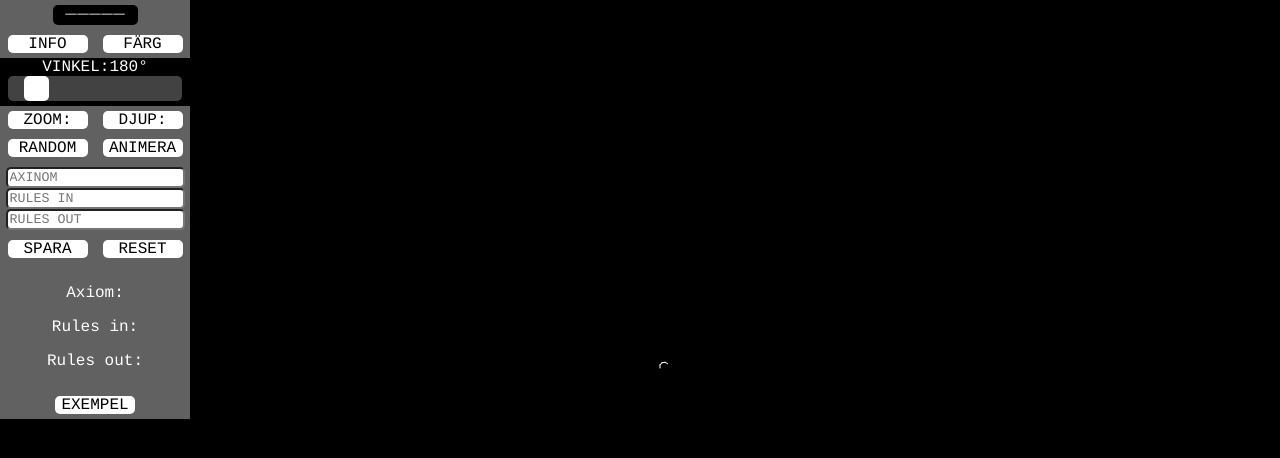
Repository: Gabrielw123/Fraktalgenerator
Page: fraktaler/test/index.html
An editor plug-in stored every save of this project. The page is shown before and after the next save, followed by the edit.
The browser window is 1280 px wide. The pictures show the whole page.
Some web libraries are served in a nearby version.

Above is the page before, as saved 2022-01-13 09:49:17.

### fraktaler/test/index.html
<!DOCTYPE html>
<html lang="en">
  <head>
    <meta charset="UTF-8" />
    <meta http-equiv="X-UA-Compatible" content="IE=edge" />
    <meta name="viewport" content="width=device-width, initial-scale=1.0" />
    <link rel="stylesheet" href="style.css" />
    <title>Fraktal Generator</title>
    <script src="https://cdn.jsdelivr.net/npm/p5@1.0.0/lib/p5.js"></script>
    <!--fading-->
    <script src="http://ajax.googleapis.com/ajax/libs/jquery/1.7.1/jquery.min.js" type="text/javascript"></script>
  </head>
  <body>
    <!--Skapa en canvas-->
    <canvas id="canvas"></canvas>
    <div class="menu">
      <div class="kontroller">
        <div onmousedown="return false" onselectstart="return false" class="grid-container1">
          <div class="grid-item">
            <a class="knappgöm" id="gömknapp" onClick="action();">⏤⏤⏤⏤⏤</a>
          </div>
        </div>
        <div onmousedown="return false" onselectstart="return false" class="grid-container" id="göm1">
          <div class="grid-item">
            <a class="knapp" id="infoknapp">INFO</a>
          </div>
          <div class="grid-item">
            <a class="knapp" id="colorknapp" onclick="color();">FÄRG</a>
          </div>
      </div>
      <!--slider vinkel-->
      <div class="slider-container" id="göm2">
        <a onmousedown="return false" onselectstart="return false" >VINKEL:<span id="vinkel-out"></span>&deg;</a>
        <input type="range" min="0" max="360" class="slider" id="vinkel" />
      </div>

      <div onmousedown="return false" onselectstart="return false" class="grid-container"id="göm3">
        <div class="grid-item">
          <a class="knapp" id="längdknapp"
            >ZOOM:<span id="segment_n"></span
          ></a>
        </div>
        <div class="grid-item">
          <a class="knapp" id="djupknapp">DJUP:<span id="generation-out"></span></a>
        </div>

        <div class="grid-item">
          <a class="knapp" id="randomknapp" onclick="random();">RANDOM</a>
        </div>
        <div class="grid-item">
          <a class="knapp" id="animeraknapp" onclick="animera();">ANIMERA</a>
        </div>
      </div>

      <div class="grid-container1"id="göm4">
        <div class="grid-item">
          <input style="font-family:courier" class="input" type="text" placeholder="AXINOM" id="axiom" />
          <input style="font-family:courier" class="input" type="text" placeholder="RULES IN" id="rules1" />
          <input style="font-family:courier" class="input" type="text" placeholder="RULES OUT" id="rules2" />
        </div>

      </div>
      <div onmousedown="return false" onselectstart="return false" class="grid-container"id="göm5">
        <div class="grid-item">
          <a class="knapp" id="btn">SPARA</a>
        </div>
        <div class="grid-item">
          <a class="knapp" id="resetknapp" onclick="reset();">RESET</a>
        </div>

      </div>
      <div class="grid-container1"id="göm6">

        <div class="grid-item">
          <p>Axiom:<span id="axiom-out"></span></p>
          <p>Rules in:<span id="rules1-out"></span></p>
          <p>Rules out:<span id="rules2-out"></span></p>
          <p></p>
        </div>
        <div class="grid-item">
          <a onmousedown="return false" onselectstart="return false" class="knapp" id="exempelknapp" onclick="example();">EXEMPEL</a>
        </div>
      </div>

      <!--EXEMPEL-->

      <div onmousedown="return false" onselectstart="return false"  class="grid-container"id="göm7">
        <div class="grid-item">
          <a class="knappex" id="Board">Board</a>
        </div>
        <div class="grid-item">
          <a class="knappex" id="Crystal">Crystal</a>
        </div>
        <div class="grid-item">
          <a class="knappex" id="Dragon Curve">Dragon Curve</a>
        </div>
        <div class="grid-item">
          <a class="knappex" id="Hexagonal Gosper">Hexagonal Gosper</a>
        </div>
        <div class="grid-item">
          <a class="knappex" id="Kochcurve" >Koch curve</a>
        </div>
        <div class="grid-item">
          <a class="knappex" id="Krishna Anklets">Krishna Anklets</a>
        </div>
        <div class="grid-item">
          <a class="knappex" id="Lévy curve" >Lévy curve</a>
        </div>
        <div class="grid-item">
          <a class="knappex" id="L-System Bushes 1" >L-System Bushes 1</a>
        </div>
        <div class="grid-item">
          <a class="knappex" id="L-System Bushes 2">L-System Bushes 2</a>
        </div>
        <div class="grid-item">
          <a class="knappex" id="Peano Curve">Peano Curve</a>
        </div>
        <div class="grid-item">
          <a class="knappex" id="Quadratic Snowflake">Quadratic Snowflake
          </a>
        </div>
        <div class="grid-item">
          <a class="knappex" id="Rings" >Rings</a>
        </div>
        <div class="grid-item">
          <a class="knappex" id="Sierpinski Arrowhead">Sierpinski Arrowhead</a>
        </div>
        <div class="grid-item">
          <a class="knappex" id="Sierpinskisquare">Sierpinski Square</a>
        </div>
        <div class="grid-item">
          <a class="knappex" id="Snowflake">Snowflake</a>
        </div>
        <div class="grid-item">
          <a class="knappex" id="Tiles" >Tiles</a>
        </div>
        <div class="grid-item">
          <a class="knappex" id="Triangle">Triangle</a>
        </div>
        <div class="grid-item">
          <a class="knappex" id="Von Koch Snowflake" >Von Koch Snowflake</a>
        </div>
    </div>
  </div>
    <!--Script-->
    <script src="bruh.js">example();
      fraktal.update();
    </script>
  </body>
</html>

### fraktaler/test/style.css
body {
  font-family: "courier", monospace;
  background-color: black;
  color: white;
  text-align: center;
}

.menu {
  background: rgba(97, 97, 97, 0);
  width: 190px;
  height: 100%;
  margin: auto;
  border-radius: 10px;
  position: fixed;
  top: 0%;
  left: 0%;
  right: 100%;
}
.input {
  width: 90%;
  border-radius: 5px;
}
#color {
  color: red;
}
.kontroller {
  background: rgba(97, 97, 97, 0);
  width: 190px;
  height: 180px;
  margin: auto;
  border-radius: 10px;
  position: fixed;
  top: 0%;
  left: 0%;
  right: 100%;
}
.grid-container {
  background: rgba(97, 97, 97, 1);
  display: grid;
  grid-template-columns: auto auto;
}
.grid-item {
  text-align: center;
  margin: auto;
  padding-top: 5px;
  padding-bottom: 5px;
}
.grid-container1 {
  background: rgba(97, 97, 97, 1);
  display: grid;
  grid-template-columns: auto;
}
.grid-item1 {
  text-align: center;
  margin: auto;
  padding-top: 5px;
  padding-bottom: 5px;
  width: 300px;
}
#axiom-out {
  text-align: left;
}
.slider-container {
  display: grid;
  grid-template-columns: auto;
  width: 92%;
  margin: auto;
  padding-bottom: 5px;
}
.slider {
  -webkit-appearance: none;
  width: 100%;
  height: 25px;
  background: #424242;
  outline: none;
  margin: auto;
  -webkit-transition: 0.2s;
  transition: opacity 0.2s;
  border-radius: 5px;
}

.slider:hover {
  background: #262626;
}

.slider::-webkit-slider-thumb {
  -webkit-appearance: none;
  appearance: none;
  width: 25px;
  height: 25px;
  background: #ffffff;
  cursor: pointer;
  border-radius: 5px;
}

.slider::-moz-range-thumb {
  width: 25px;
  height: 25px;
  background: #04aa6d;
  cursor: pointer;
}

a.knapp {
  display: block;
  background: white;
  color: black;
  width: 80px;
  cursor: pointer;
  border-radius: 5px;
}
a.knapp:hover {
  background: #424242;
  border-radius: 5px;
}

#canvas {
  position: fixed;
  top: 0px;
  left: 0px;
  z-index: -1;
}

a.knappon {
  display: block;
  width: 80px;
  background: #444444;
  color: #ffffff;
  cursor: pointer;
  border-radius: 5px;
}
a.knappex {
  display: block;
  background: white;
  color: black;
  width: 85px;
  cursor: pointer;
  font-size: 15px;
  height: 35px;
  border-radius: 5px;
  text-align: auto;
}
a.knappex:hover {
  background: #424242;
  border-radius: 5px;
}
.span {
  width: 500px;
}
.knappgöm {
  display: block;
  background: black;
  color: white;
  width: 85px;
  height: 20px;
  cursor: pointer;
  font-size: 15px;
  border-radius: 5px;
}
a.knappgöm:hover {
  background: #424242;
  border-radius: 5px;
}

### fraktaler/test/bruh.js
/*

Den här fraktal generatorn använder sig av Lindenmayer systemet (https://en.wikipedia.org/wiki/L-system)

Källor för lite info
https://codesandbox.io/s/fraktal-generator-forked-g76j8?file=/sketch.js
https://en.wikipedia.org/wiki/L-system#Types_of_L-systems
http://paulbourke.net/fractals/lsys/
https://www.sidefx.com/docs/houdini/nodes/sop/lsystem.html
http://www1.biologie.uni-hamburg.de/b-online/e28_3/lsys.html
https://www.kevs3d.co.uk/dev/lsystems/
https://piratefsh.github.io/p5js-art/public/lsystems/

*/

//INFO button
fetch("README.txt")
  .then((response) => response.text())
  .then((text) => console.log(text));

var info = document.getElementById("infoknapp");
info.onclick = function () {
  confirm("to");
};

//hur snabbt den animerar
var animatespeed = 100;

//lite variablar
let genButton;
let resButton;
let guiText;
color_n = 0;
let generation = 0;
let maxGeneration = 5;
let length;
let angle;
//första load
let axiom = "F+F+F+F";
let rules = [
  {
    in: "F",
    out: "F+F-F-FF+F+F-F",
  },
];

//save button för egna input på fraktaler
const btn = document.getElementById("btn");

btn.addEventListener("click", function () {
  var axiom2 = document.getElementById("axiom").value;
  var rules1 = document.getElementById("rules1").value;
  var rules2 = document.getElementById("rules2").value;
  confirm(
    "Axiom: " + axiom2 + "\nRules in: " + rules1 + "\nRules out: " + rules2
  );
  axiom = axiom2;
  rules = [
    {
      in: rules1,
      out: rules2,
    },
  ];
});

//animera ikonen på hemsidan
var favicon_images = [
    "bilderhem/tmp-0.gif",
    "bilderhem/tmp-1.gif",
    "bilderhem/tmp-2.gif",
    "bilderhem/tmp-3.gif",
    "bilderhem/tmp-4.gif",
    "bilderhem/tmp-5.gif",
  ],
  image_counter = 0;

setInterval(function () {
  if (document.querySelector("link[rel='icon']") !== null)
    document.querySelector("link[rel='icon']").remove();
  if (document.querySelector("link[rel='shortcut icon']") !== null)
    document.querySelector("link[rel='shortcut icon']").remove();
  document
    .querySelector("head")
    .insertAdjacentHTML(
      "beforeend",
      '<link rel="icon" href="' +
        favicon_images[image_counter] +
        '" type="image/gif">'
    );
  if (image_counter == favicon_images.length - 1) image_counter = 0;
  else image_counter++;
}, 200);

//göm UI
var hidden = false;
function action() {
  hidden = !hidden;
  if (hidden) {
    document.getElementById("göm1").style.visibility = "hidden";
    document.getElementById("göm2").style.visibility = "hidden";
    document.getElementById("göm3").style.visibility = "hidden";
    document.getElementById("göm4").style.visibility = "hidden";
    document.getElementById("göm5").style.visibility = "hidden";
    document.getElementById("göm6").style.visibility = "hidden";
    if (document.getElementById("göm7").style.visibility === "visible") {
      document.getElementById("göm7").style.visibility = "hidden";
    }
  } else {
    document.getElementById("göm1").style.visibility = "visible";
    document.getElementById("göm2").style.visibility = "visible";
    document.getElementById("göm3").style.visibility = "visible";
    document.getElementById("göm4").style.visibility = "visible";
    document.getElementById("göm5").style.visibility = "visible";
    document.getElementById("göm6").style.visibility = "visible";
    document.getElementById("göm7").style.visibility = "visible";
  }
}
//göm från början
document.getElementById("göm7").style.visibility = "hidden";
var hidden1 = true;
function example() {
  hidden1 = !hidden1;
  if (hidden1) {
    document.getElementById("göm7").style.visibility = "hidden";
  } else {
    document.getElementById("göm7").style.visibility = "visible";
  }
}

let sentence = axiom;

//start funktion
function setup() {
  createCanvas(windowWidth - 40, windowHeight - 25);
  angle = radians(vinkel.value);
  length = segment_n * 3;
  turtle();
  drawGUI();
}

//color problem
var r = 255,
  g = 0,
  b = 0;

setInterval(function () {
  if (r > 0 && b == 0) {
    r--;
    g++;
  }
  if (g > 0 && r == 0) {
    g--;
    b++;
  }
  if (b > 0 && g == 0) {
    r++;
    b--;
  }
  $("#color").text("rgb(" + r + "," + g + "," + b + ")");
  $("#color").css("color", "rgb(" + r + "," + g + "," + b + ")");
  turtle();
  console.log("df");
}, 10);

function generate() {
  length = segment_n * 3;

  let nextSentence = "";

  for (let i = 0; i < sentence.length; i++) {
    let found = false;
    let currentChar = sentence.charAt(i);

    for (let j = 0; j < rules.length; j++) {
      if (currentChar === rules[j].in) {
        found = true;
        nextSentence += rules[j].out;
        break;
      }
    }
    if (!found) {
      nextSentence += currentChar;
    }
  }
  sentence = nextSentence;
  turtle();
}
function turtle() {
  resetMatrix();
  background(0);
  //color
  if (color_n === 0) {
    stroke(255); //white
  }
  if (color_n === 1) {
    stroke(0, 0, 255); //blue
  }
  if (color_n === 2) {
    stroke(0, 128, 0); //green
  }
  if (color_n === 3) {
    stroke(255, 0, 0); //red
  }
  if (color_n === 4) {
    stroke(255, 165, 0); //orange
  }
  if (color_n === 5) {
    stroke(r, g, b); //rgb flera färger
  }
  translate(window.innerWidth / 2, window.innerHeight / 2);

  for (let i = 0; i <= sentence.length; i++) {
    let currentChar = sentence.charAt(i);

    if (currentChar === "F") {
      line(0, 0, 0, -length);
      translate(0, -length);
    } else if (currentChar === "+") {
      rotate(angle);
    } else if (currentChar === "-") {
      rotate(-angle);
    } else if (currentChar === "[") {
      push();
    } else if (currentChar === "]") {
      pop();
    }
  }
}

var djupknapp = document.getElementById("djupknapp");
djupknapp.onclick = function () {
  if (generation < maxGeneration) {
    generate();
  }
  generation++;
  if (generation > 5) {
    generation = 1;
    sentence = axiom;
    generate();
  }
  var generationout = document.getElementById("generation-out");
  generationout.innerHTML = generation;
  var axiomout = document.getElementById("axiom-out");
  axiomout.innerHTML = axiom;
  var rules1out = document.getElementById("rules1-out");
  rules1out.innerHTML = rules[0].in;
  var rules2out = document.getElementById("rules2-out");
  rules2out.innerHTML = rules[0].out;
};

//skriver ut värden och saker på skärmer för användaren
function drawGUI() {
  genButton = createButton("DJUP");
  genButton.size(85, 20);
  genButton.position(-200, 260);
  genButton.mousePressed(function () {
    if (generation < maxGeneration) {
      generate();
    }
    generation++;
    if (generation > 5) {
      generation = 1;
      sentence = axiom;
      generate();
    }
    var generationout = document.getElementById("generation-out");
    generationout.innerHTML = generation;
    var axiomout = document.getElementById("axiom-out");
    axiomout.innerHTML = axiom;
    var rules1out = document.getElementById("rules1-out");
    rules1out.innerHTML = rules[0].in;
    var rules2out = document.getElementById("rules2-out");
    rules2out.innerHTML = rules[0].out;
  });
}

//!Exemepel knappar

//Andra rad
animera_n = 0;

var c1 = 0;
var t;
var timer_is_on = 0;

//Random funktion
function getRandomInt(min, max) {
  min = Math.ceil(min);
  max = Math.floor(max);
  return Math.floor(Math.random() * (max - min) + min); //The maximum is exclusive and the minimum is inclusive
}

var fraktal = (function () {
  //js funktion
  const c = document.getElementById("canvas");
  var ctx = c.getContext("2d");

  //får bredden och höjden av hemsidan du har på din enhet
  c.width = window.innerWidth;
  c.height = window.innerHeight;
  ctx.strokeStyle = "black";
  ctx.lineWidth = 2;

  //!SLIDERS
  var vinkel = document.getElementById("vinkel");
  var vinkelout = document.getElementById("vinkel-out");
  vinkelout.innerHTML = vinkel.value;

  //gör saker med vinkel
  vinkel.oninput = function () {
    vinkelout.innerHTML = this.value;
    update();
  };

  //SEGMENT
  var segment = document.getElementById("längdknapp");
  segment.onclick = function () {
    segment_n++;
    if (segment_n === 6) {
      segment_n = 1;
    }
    document.getElementById("segment_n").innerHTML = segment_n;
    update();
  };
  //!RESET
  var reset = document.getElementById("resetknapp");
  reset.onclick = function () {
    sentence = axiom;
    turtle();
    vinkel.value = 90;
    segment_n = 3;
    generation = 2;
    axiom = "F+F+F+F";
    rules = [
      {
        in: "F",
        out: "F+F-F-FF+F+F-F",
      },
    ];
    //stönga av animera
    clearTimeout(t);
    animera.className = "knapp";
    c1 = 0;
    animera_n = 0;
    //update this
    update();
  };

  //!RANDOM
  var random = document.getElementById("randomknapp");
  random.onclick = function () {
    vinkel.value = getRandomInt(0, 361);
    vinkelout.innerHTML = vinkel.value;
    update();
  };

  //!ANIMERA

  var animera = document.getElementById("animeraknapp");
  animera.onclick = function () {
    animera_n++;
    if (animera_n === 1) {
      timedCount();
      animera.className = "knappon";
    }
    if (animera_n === 2) {
      clearTimeout(t);
      animera.className = "knapp";
      c1 = 0;
      animera_n = 0;
    }
  };
  //!COLOR

  var color = document.getElementById("colorknapp");
  color.onclick = function () {
    color_n++;
    if (color_n === 6) {
      color_n = 0;
    }
    update();
  };

  timedCount = function () {
    var v = parseInt(vinkel.value);
    v = v + 1;

    if (v === 361) {
      v = 0;
    }
    //updatera UI
    vinkel.value = v;
    vinkelout.innerHTML = vinkel.value;
    //vänta
    t = setTimeout(timedCount, animatespeed);
    update();
  };

  //!Uppdatera allt/////////////////////////////
  var update = function () {
    //skriver ut de nya väderna
    setup();
    //Updaterar sliders och bilder/knappar
    vinkelout.innerHTML = vinkel.value;
    document.getElementById("segment_n").innerHTML = segment_n;
    var generationout = document.getElementById("generation-out");
    generationout.innerHTML = generation;

    var axiomout = document.getElementById("axiom-out");
    axiomout.innerHTML = axiom;
    var rules1out = document.getElementById("rules1-out");
    rules1out.innerHTML = rules[0].in;
    var rules2out = document.getElementById("rules2-out");
    rules2out.innerHTML = rules[0].out;
    //sparar hashen för hemsidan
    save();
  };

  //!SAVE OCH LOAD
  var save = function () {
    var ruleid =
      "#" +
      vinkel.value +
      "," +
      segment_n +
      "," +
      generation +
      "," +
      axiom +
      "," +
      rules[0].in +
      "," +
      rules[0].out;
    window.location = String(window.location).replace(/\#.*$/, "") + ruleid;
  };

  var load = function () {
    let d = window.location.toString();
    if (d.includes("#")) {
      const myArr = d.split("#");

      const test = myArr[1].split(",");
      //Sliders
      vinkel.value = test[0];
      //Knappar
      segment_n = test[1];
      generation = test[2];
      axiom = test[3];
      rules[0].in = test[4];
      rules[0].out = test[5];

      if (
        vinkel.value == undefined ||
        segment_n === undefined ||
        generation === undefined ||
        axiom === undefined ||
        rules[0].in === undefined ||
        rules[0].out === undefined
      ) {
        //Sliders
        vinkel.value = 40;
        //Knappar
        segment_n = 1;
        generation = 1;
        axiom = "F";
        rules[0].in = "F";
        rules[0].out = "F+F";
      }
    } else {
      //Sliders
      vinkel.value = 40;
      //Knappar
      segment_n = 1;
      //Knappar
      generation = 1;
      axiom = "F";
      rules[0].in = "F";
      rules[0].out = "F+F";
    }
    save();
  };
  //!START
  load();

  //!EXEMPEL
  //Exemplerna är ifrån http://paulbourke.net/fractals/lsys/
  //save button för egna input på fraktaler
  const Kochcurve = document.getElementById("Kochcurve");
  Kochcurve.addEventListener("click", function () {
    axiom = "F+F+F+F";
    rules = [
      {
        in: "F",
        out: "F+F-F-FF+F+F-F",
      },
    ];
    vinkel.value = 90;
    segment_n = 3;
    generation = 5;
    update();
  });

  const Sierpinskisquare = document.getElementById("Sierpinskisquare");
  Sierpinskisquare.addEventListener("click", function () {
    axiom = "F+XF+F+XF";
    rules = [
      {
        in: "X",
        out: "XF-F+F-XF+F+XF-F+F-X",
      },
    ];
    vinkel.value = 90;
    segment_n = 3;
    generation = 5;
    update();
  });

  const LSystemBushes1 = document.getElementById("L-System Bushes 1");
  LSystemBushes1.addEventListener("click", function () {
    axiom = "F";
    rules = [
      {
        in: "F",
        out: "FF+[+F-F-F]-[-F+F+F]",
      },
    ];
    vinkel.value = 22.5;
    segment_n = 1;
    generation = 5;
    update();
  });

  const LSystemBushes2 = document.getElementById("L-System Bushes 2");
  LSystemBushes2.addEventListener("click", function () {
    axiom = "F";
    rules = [
      {
        in: "F",
        out: "F[+FF][-FF]F[-F][+F]F",
      },
    ];
    vinkel.value = 35;
    segment_n = 1;
    generation = 5;
    update();
  });

  const Board = document.getElementById("Board");
  Board.addEventListener("click", function () {
    axiom = "F+F+F+F";
    rules = [
      {
        in: "F",
        out: "FF+F+F+F+FF",
      },
    ];
    vinkel.value = 90;
    segment_n = 1;
    generation = 5;
    update();
  });

  const Triangle = document.getElementById("Triangle");
  Triangle.addEventListener("click", function () {
    axiom = "F+F+F";
    rules = [
      {
        in: "F",
        out: "F-F+F",
      },
    ];
    vinkel.value = 120;
    segment_n = 1;
    generation = 5;
    update();
  });
  const Crystal = document.getElementById("Crystal");
  Crystal.addEventListener("click", function () {
    axiom = "F+F+F+F";
    rules = [
      {
        in: "F",
        out: "FF+F++F+F",
      },
    ];
    vinkel.value = 90;
    segment_n = 1;
    generation = 5;
    update();
  });
  const VonKochSnowflake = document.getElementById("Von Koch Snowflake");
  VonKochSnowflake.addEventListener("click", function () {
    axiom = "F++F++F";
    rules = [
      {
        in: "F",
        out: "F-F++F-F",
      },
    ];
    vinkel.value = 60;
    segment_n = 1;
    generation = 5;
    update();
  });
  const Tiles = document.getElementById("Tiles");
  Tiles.addEventListener("click", function () {
    axiom = "F+F+F+F";
    rules = [
      {
        in: "F",
        out: "FF+F-F+F+FF",
      },
    ];
    vinkel.value = 90;
    segment_n = 1;
    generation = 5;
    update();
  });

  const Rings = document.getElementById("Rings");
  Rings.addEventListener("click", function () {
    axiom = "F+F+F+F";
    rules = [
      {
        in: "F",
        out: "FF+F+F+F+F+F-F",
      },
    ];
    vinkel.value = 90;
    segment_n = 1;
    generation = 5;
    update();
  });
  const Lévycurve = document.getElementById("Lévy curve");
  Lévycurve.addEventListener("click", function () {
    axiom = "F";
    rules = [
      {
        in: "F",
        out: "+F--F+",
      },
    ];
    vinkel.value = 45;
    segment_n = 1;
    generation = 5;
    update();
  });
  const HexagonalGosper = document.getElementById("Hexagonal Gosper");
  HexagonalGosper.addEventListener("click", function () {
    axiom = "XF";
    rules = [
      {
        in: "X",
        out: "X+YF++YF-FX--FXFX-YF+",
      },
      {
        in: "Y",
        out: "-FX+YFYF++YF+FX--FX-Y",
      },
    ];
    vinkel.value = 60;
    segment_n = 1;
    generation = 5;
    update();
  });
  const DragonCurve = document.getElementById("Dragon Curve");
  DragonCurve.addEventListener("click", function () {
    axiom = "FX";
    rules = [
      {
        in: "X",
        out: "X+YF+",
      },
      {
        in: "Y",
        out: "-FX-Y",
      },
    ];
    vinkel.value = 90;
    segment_n = 1;
    generation = 5;
    update();
  });
  const SierpinskiArrowhead = document.getElementById("Sierpinski Arrowhead");
  SierpinskiArrowhead.addEventListener("click", function () {
    axiom = "YF";
    rules = [
      {
        in: "X",
        out: "YF+XF+Y",
      },
      {
        in: "Y",
        out: "XF-YF-X",
      },
    ];
    vinkel.value = 60;
    segment_n = 1;
    generation = 5;
    update();
  });
  const QuadraticSnowflake = document.getElementById("Quadratic Snowflake");
  QuadraticSnowflake.addEventListener("click", function () {
    axiom = "F";
    rules = [
      {
        in: "F",
        out: "F-F+F+F-F",
      },
    ];
    vinkel.value = 90;
    segment_n = 1;
    generation = 5;
    update();
  });
  const PeanoCurve = document.getElementById("Peano Curve");
  PeanoCurve.addEventListener("click", function () {
    axiom = "X";
    rules = [
      {
        in: "X",
        out: "XFYFX+F+YFXFY-F-XFYFX",
      },
      {
        in: "Y",
        out: "YFXFY-F-XFYFX+F+YFXFY",
      },
    ];
    vinkel.value = 90;
    segment_n = 1;
    generation = 5;
    update();
  });
  const snowflake = document.getElementById("Snowflake");
  snowflake.addEventListener("click", function () {
    axiom = "F-F-F-F-F";
    rules = [
      {
        in: "F",
        out: "F-F++F+F-F-F",
      },
    ];
    vinkel.value = 72;
    segment_n = 1;
    generation = 5;
    update();
  });
  const KrishnaAnklets = document.getElementById("Krishna Anklets");
  KrishnaAnklets.addEventListener("click", function () {
    axiom = "-X--X";
    rules = [
      {
        in: "X",
        out: "XFX--XFX",
      },
    ];
    vinkel.value = 45;
    segment_n = 1;
    generation = 5;
    update();
  });
})();

After the next save:
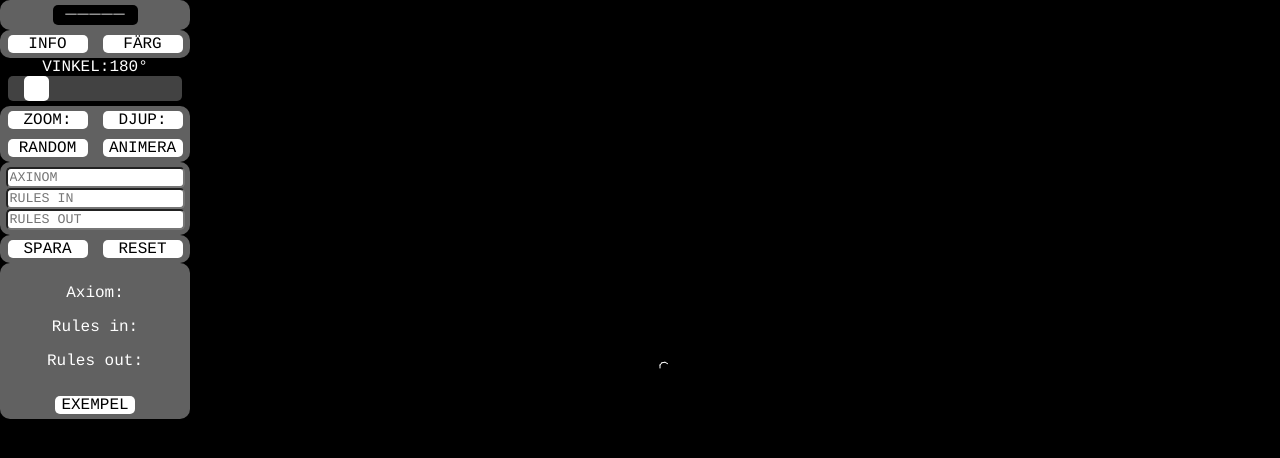
Saved 17 s later.
--- a/fraktaler/test/style.css
+++ b/fraktaler/test/style.css
@@ -35,6 +35,7 @@ body {
   right: 100%;
 }
 .grid-container {
+  border-radius: 10px;
   background: rgba(97, 97, 97, 1);
   display: grid;
   grid-template-columns: auto auto;
@@ -46,6 +47,7 @@ body {
   padding-bottom: 5px;
 }
 .grid-container1 {
+  border-radius: 10px;
   background: rgba(97, 97, 97, 1);
   display: grid;
   grid-template-columns: auto;
